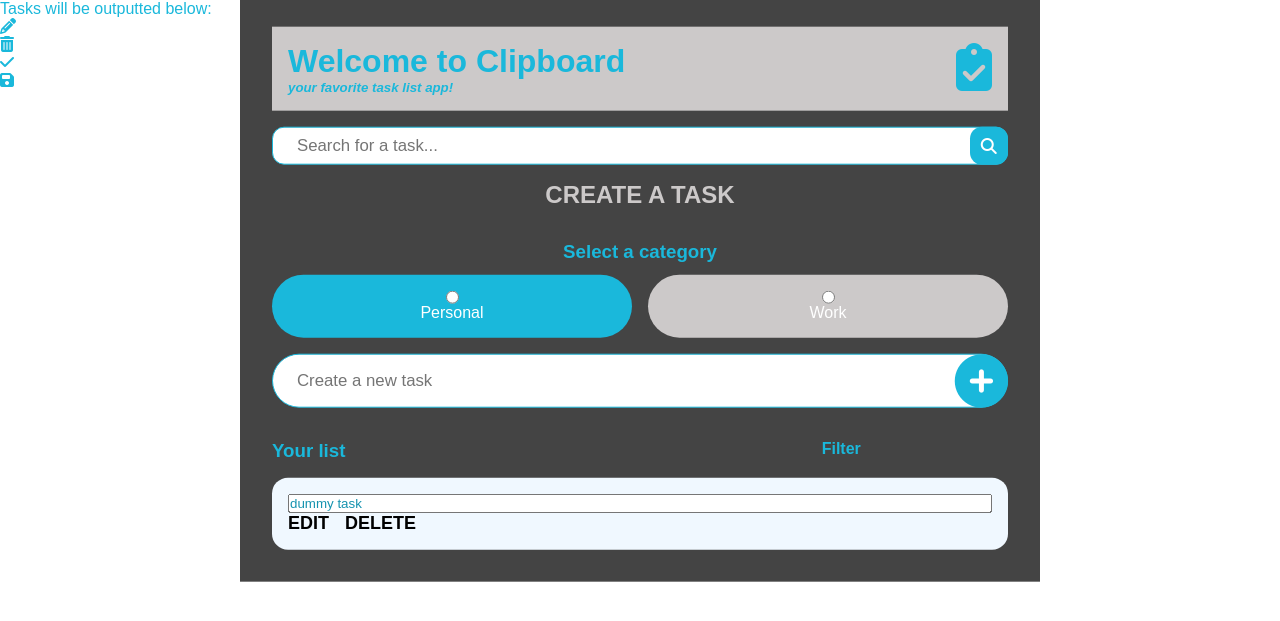
Repository: WesleyErasmus/Todo-App
Page: todoApp.html
An editor plug-in stored every save of this project. The page is shown before and after the next save, followed by the edit.
The browser window is 1280 px wide. The pictures show the whole page.
Some web libraries are served in a nearby version.

Above is the page before, as saved 2022-06-04 21:39:53.

### todoApp.html
<!DOCTYPE html>
<html lang="en">
<head>
    <meta charset="UTF-8">
    <meta http-equiv="X-UA-Compatible" content="IE=edge">
    <meta name="viewport" content="width=device-width, initial-scale=1.0">
    <title>Todo App</title>
    <script src="https://kit.fontawesome.com/81ea498f91.js" crossorigin="anonymous"></script>
    <link rel="stylesheet" href="/source/css/todoApp.css">
    <script src="/source/script/todoApp.js" defer></script>
</head>
<body>
    <!-- App wrapper -->
    <main class="app-wrapper">
        <!-- App header -->
        <header>
            <div>
            <h1>Welcome to Clipboard</h1>
            <h5><em>your favorite task list app!</em></h5>
            </div>
            <div id="jumbotron-logo"><i class="fa-solid fa-clipboard-check fa-3x"></i></div>
        </header>

        <div id="sub-header">
        <form id="search-bar">
        <input type="text"
        id="search-bar"
        placeholder="Search for a task...">
        <button type="submit"><i class="fa fa-search"
        id="search-submit-btn"></i></button>
        </form>

        <h2 id="create-task-heading">CREATE A TASK</h2>

        </div>

        <!-- Categories section -->
        <section>
        <form id="todo-list-form">
            <h3 class="category-heading">Select a category</h3>
            <div class="category-selectors">
                <!-- Personal category (make to assign as default, unless user selects work category) -->
                <label id="personal-label-btn">
                    <input type="radio" name="category" value="Personal" id="personal-category" />
                    <div>Personal</div>
                </label>
                <!-- Work category -->
                <label id="work-label-btn">
                    <input type="radio" name="category" value="Work" id="work-category" />
                    <div>Work</div>
                </label>
            </div> <!-- End of radio categories div -->
            <div class="create-submit">
            <input type="text" name="create-task" id="create-task" placeholder="Create a new task" />
            <button id="task-submit-btn" type="submit" value="create-new-task">
                <i class="fa-solid fa-circle-plus fa-4x"></i>
            </button>
        </div>
        </form>
        </section>

        <!-- Task list is created here, new tasks are outputted below -->
        <section class="todo-list-output">
            <div id="list-header">
            <h3>Your list</h3>
            <div><strong>Filter</strong></div>
            </div>
            <!-- Actual task list output -->
            <div class="tasks" id="tasks">

                <div class="dummy-task">

                    <div class="task-name">
                        <input type="text"
                        class="text"
                        value="dummy task"
                        readonly>
                        <div class="edit-delete">
                            <button class="edit">Edit</button>
                            <button class="delete">Delete</button>
                        </div>
                    </div>
                </div>

            </div>

        </section>

    </main> <!-- End of App wrapper -->


    <li>Tasks will be outputted below:</li>
                <li><i class="fa-solid fa-pencil"></i></li>
                <li><i class="fa fa-trash" aria-hidden="true"></i></li>
                <li><i class="fa-solid fa-check"></i></li>
                <li><i class="fa-solid fa-floppy-disk"></i></li>

</body>
</html>

### source/css/todoApp.css
/* CSS Variables */
:root {
    --background-color: #fff;
    --primary: #1AB8DB;
    --secondary: #1593AF;
    --delete: #E50000;
    --grey: #ccc9c9;
    --dark-grey: #444444;

    --shadows: 0 1px 3px rgba(0,0,0,0.12);

    /* add linear gradients */
}

/* Universal selector styling */
* {
    box-sizing: border-box;
    margin: 0;
    padding: 0;
    font-family: sans-serif;
    list-style: none;
}

/* Below will remove input and checkbox default styling */
/* input:not([type="radio"]):not([type="checkbox"]), button {
	appearance: none;
	border: none;
	outline: none;
	background: none;
	cursor: initial;
} */

button {
	appearance: none;
	border: none;
	outline: none;
	background: none;
	cursor: initial;
}

body {
    background-color: var(--background-color);
    color: var(--primary);
}

main {
    padding-top: 2rem;
    background-color: var(--dark-grey);
    padding-left: 2rem;
    padding-right: 2rem;
    flex: 1 1 0%;
    align-items: center;
    justify-content: center;
    max-width: 800px;
    width: 100%;
    position: absolute;
    top: 40%;
    left: 50%;
    margin-right: -50%;
    transform: translate(-50%, -50%)
}

section {
    margin-top: 2rem;
    margin-bottom: 2rem;
}

header {
    display: flex;
    justify-content: space-between;
    padding: 1rem;
    background-color: var(--grey);
}

#search-bar {
    display: flex;
    position: relative;
    justify-content: center;
    align-items: center;
}

#search-bar input{
	display: block;
	width: 100%;
	font-size: 1.05rem;
	padding: 0.50rem 1.5rem;
    padding-right: 0rem;
	color: var(--dark-grey);
	background-color: var(--background-color);
    border: 0.1px solid var(--primary);
    border-radius: 0.75rem;
}

#search-submit-btn {
    position: absolute;
    display: block;
    right: 0rem;
    top: 0;
    background-color: var(--primary);
    /* border-radius: 50%; */
    border-top-left-radius: 0.75rem;
    border-bottom-left-radius: 0.75rem;
    border-top-right-radius: 0.75rem;
    border-bottom-right-radius: 0.75rem;
    padding: 0.7rem;
    color: #fff;
    /* border: none; */
    /* color: var(--primary); */
}

/* Font-awesome search icon styling */
.fa-search {
    font-size: 1rem;
    color: var(--primary);
}

#sub-header {
    margin-top: 1rem;
    text-align: center;
    align-items: center;
}

#create-task {
	display: block;
	width: 100%;
	font-size: 1.05rem;
	padding: 0.99rem 1.5rem;
    padding-right: 0rem;
	color: var(--dark-grey);
	background-color: var(--background-color);
    border: 0.1px solid var(--primary);
    border-radius: 9999px;
}

#task-submit-btn{
    position: absolute;
    display: block;
    right: 0rem;
    bottom: -0.5px;
    border: none;
    background-color: transparent;
    color: var(--primary);
}

/* add gradient color to fa-logo */

#create-task-heading {
    color: var(--grey);
    margin-top: 1rem;
}

.category-heading {
    text-align: center;
    margin-bottom: 0.75rem;
}

.category-selectors {
    display: grid;
    grid-template-columns: repeat(2, 1fr);
    grid-gap: 1rem;
    margin-bottom: 1rem;
}

.category-selectors label{
    display: flex;
    flex-direction: column;
    justify-content: center;
    align-items: center;
    background-color: var(--primary);
    padding: 1rem 2rem;
    border-radius: 999999px;
    color: #fff;
    /* margin-bottom: 1rem; */
}

/* change the below id to #work-category-btn */
#work-label-btn {
background-color: var(--grey);
}

.create-submit {
    position: relative;
    display: flex;
    justify-content: center;
    align-items: center;
    text-align: center;
    margin-top: 0.5rem;
}

.create-task {
    text-align: center;
}

#list-header {
width: 80%;
display: flex;
justify-content: space-between;
margin-bottom: 1rem;
}

.dummy-task {
    display: flex;
    justify-content: space-between;
    background-color: aliceblue;
    padding: 1rem;
    border-radius: 1rem;
    margin-bottom: 1rem;
}

.dummy-task .task-name {
    flex: 1 1 0%;
}

.dummy-task .task-name .text {
    color: #1593AF;
    width: 100%;
    display: block;
    transition: 0.4s;
}

.dummy-task .edit-delete {
    display: flex;
    margin: 0 -0.5rem;

}

.dummy-task .edit-delete button {
    cursor: pointer;
    margin: 0 0.5rem;
    font-size: 1.125rem;
    font-weight: 700;
    text-transform: uppercase;
    transition: 0.4s;
}

Loaded but not shown: source/script/todoApp.js (no copy from this time; the picture is the same without it)

After the next save:
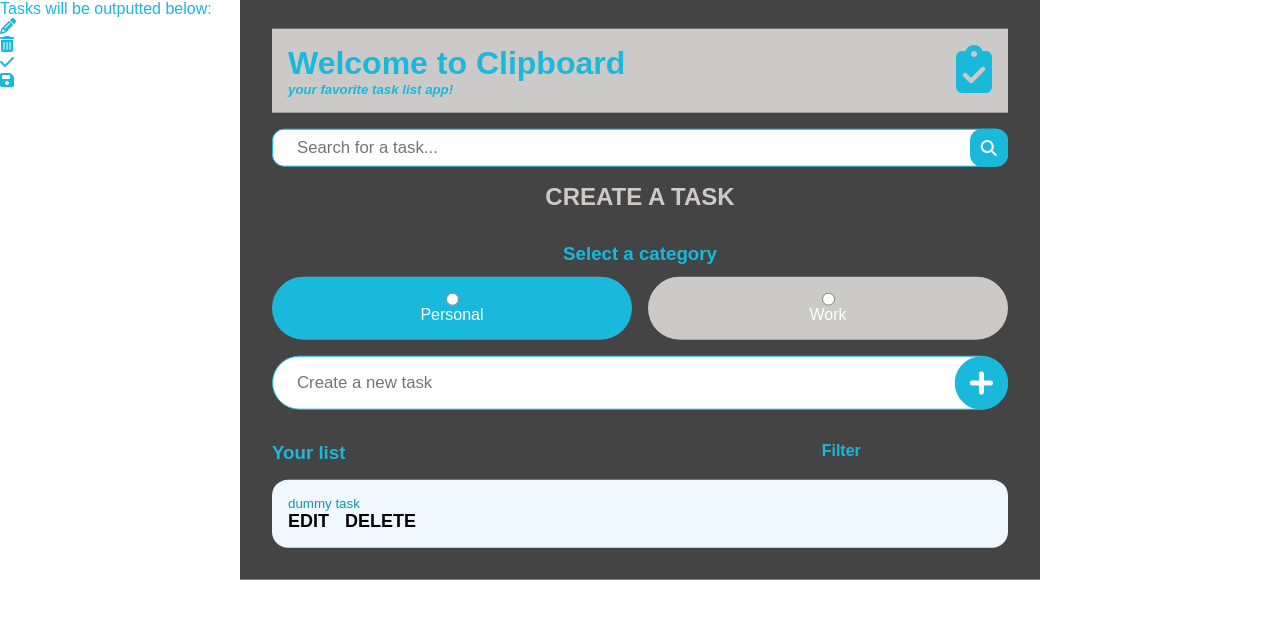
Saved 14 s later.
--- a/source/css/todoApp.css
+++ b/source/css/todoApp.css
@@ -22,13 +22,13 @@
 }
 
 /* Below will remove input and checkbox default styling */
-/* input:not([type="radio"]):not([type="checkbox"]), button {
+input:not([type="radio"]):not([type="checkbox"]), button {
 	appearance: none;
 	border: none;
 	outline: none;
 	background: none;
 	cursor: initial;
-} */
+}
 
 button {
 	appearance: none;
